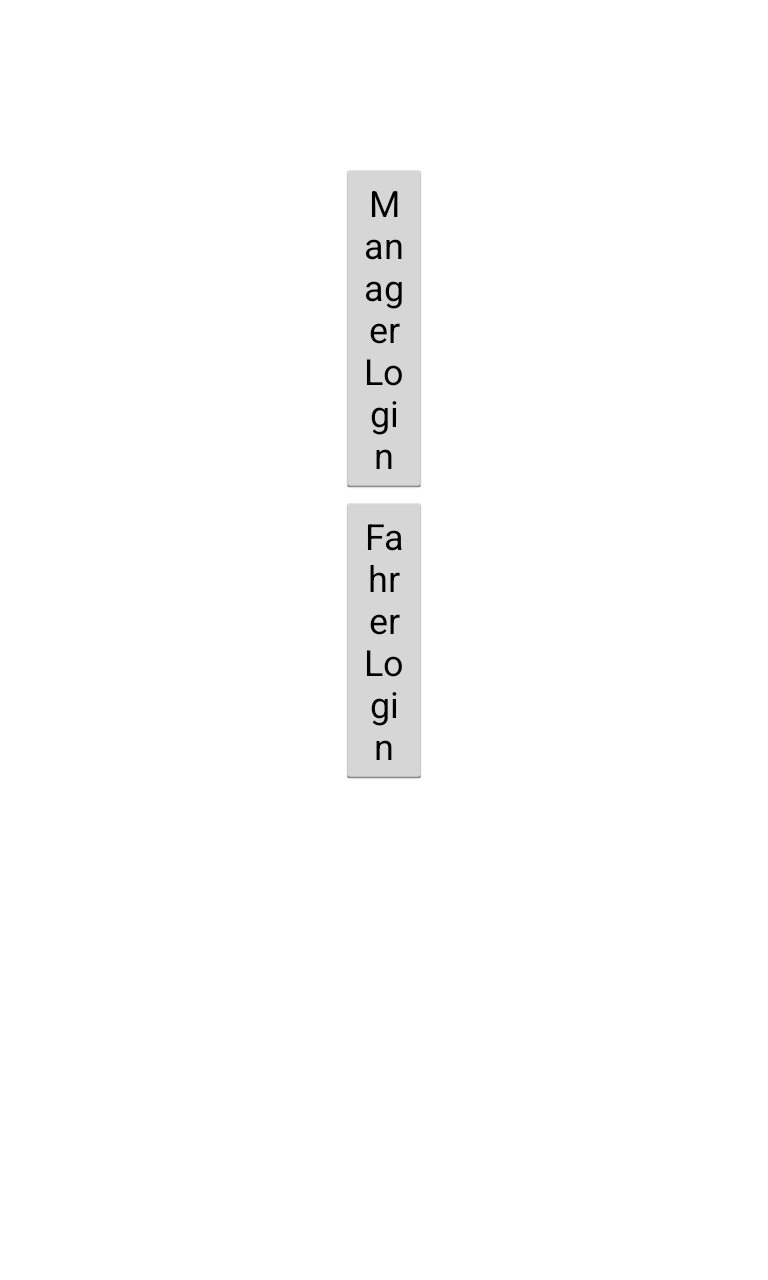
Repository: VroniZinsser/Kurierdienst
Layout: KurierdienstVroni/res/layout/activity_kurierdienst_start.xml
An editor plug-in stored every save of this project. The layout is shown before and after the next save, followed by the edit.
It is drawn on a 768 x 1280 px phone screen (xhdpi) without system bars, with theme AppTheme; the app's code is not run.

Above is the layout before, as saved 2014-07-14 16:33:12.

After the next save:
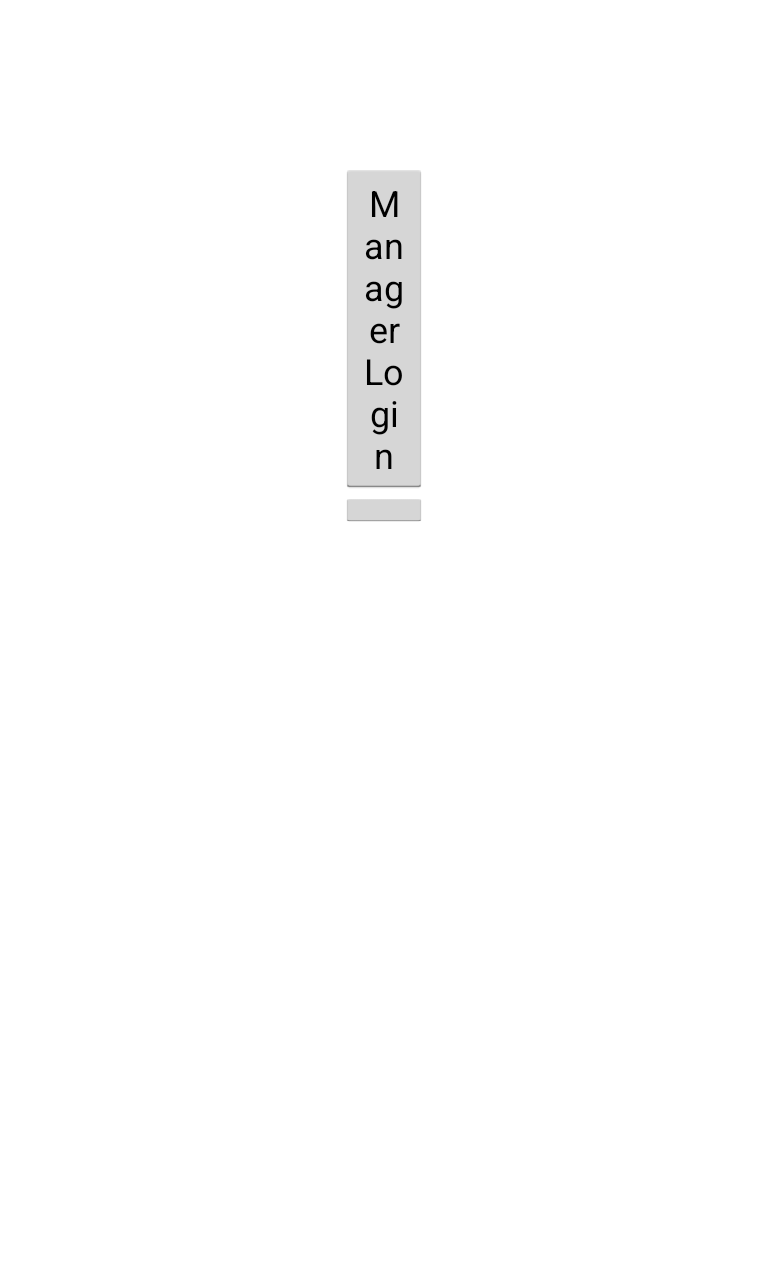
Saved 17 s later.
--- a/KurierdienstVroni/res/layout/activity_kurierdienst_start.xml
+++ b/KurierdienstVroni/res/layout/activity_kurierdienst_start.xml
@@ -18,7 +18,7 @@
 
      <Button
         android:layout_width="90px"
-        android:layout_height="wrap_content"
+        android:layout_height="30px"
         android:layout_centerHorizontal="true"
         android:layout_below="@id/managerLogin"
         android:text="Fahrer Login" />
